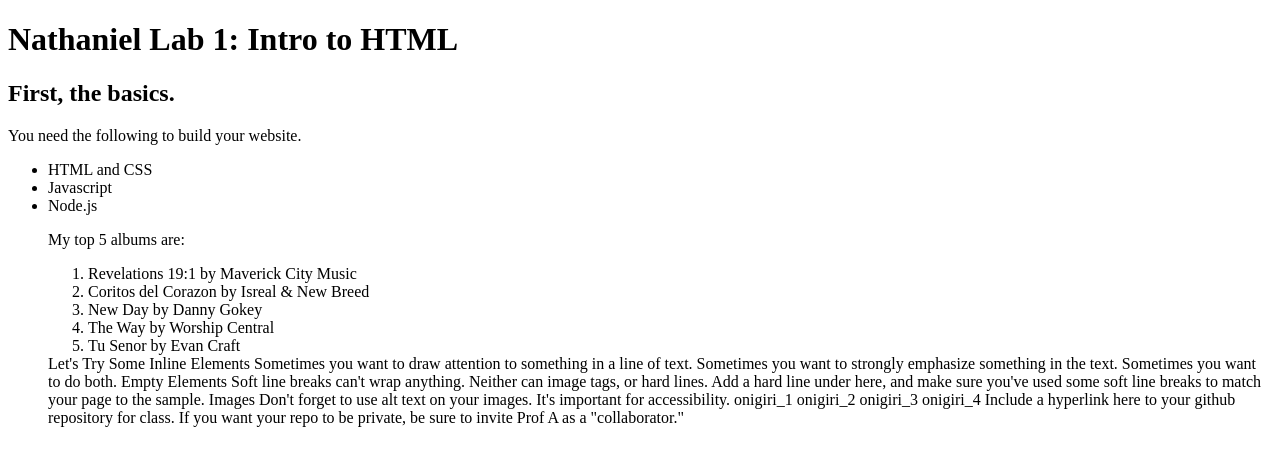
Repository: vnath22/INST377-Lab-Work
Page: client/lab_1/index.html
An editor plug-in stored every save of this project. The page is shown before and after the next save, followed by the edit.
The browser window is 1280 px wide. The pictures show the whole page.

Above is the page before, as saved 2022-01-28 00:46:09.

### client/lab_1/index.html
<!DOCTYPE html>
<html lang="en">
<head>
    <meta charset="UTF-8">
    <meta http-equiv="X-UA-Compatible" content="IE=edge">
    <meta name="viewport" content="width=device-width, initial-scale=1.0">
    <title>Victoria's lab 1</title>
</head>
<body>
    <h1>Nathaniel Lab 1: Intro to HTML</h1>

    <h2>First, the basics.</h2>

    <p>You need the following to build your website.</p>

    <ul>
        <li>HTML and CSS</li>
        <li>Javascript</li>
        <li>Node.js</li>
    </ol>

    <p>My top 5 albums are: </p>

    <ol>

        <li> Revelations 19:1 by Maverick City Music</li>
        <li>Coritos del Corazon by Isreal & New Breed</li>
        <li>New Day by Danny Gokey</li>
        <li>The Way by Worship Central</li>
        <li>Tu Senor by Evan Craft</li>
    </ol>

Let's Try Some Inline Elements

Sometimes you want to draw attention to something in a line of text.

Sometimes you want to strongly emphasize something in the text.

Sometimes you want to do both.

Empty Elements

Soft line breaks can't wrap anything. Neither can image tags, or hard lines.
Add a hard line under here, and make sure you've used some soft line breaks to match your page to the sample.

Images
Don't forget to use alt text on your images. It's important for accessibility.

onigiri_1
onigiri_2
onigiri_3
onigiri_4


Include a hyperlink here to your github repository for class.
If you want your repo to be private, be sure to invite Prof A as a "collaborator."
</body>
</html>

After the next save:
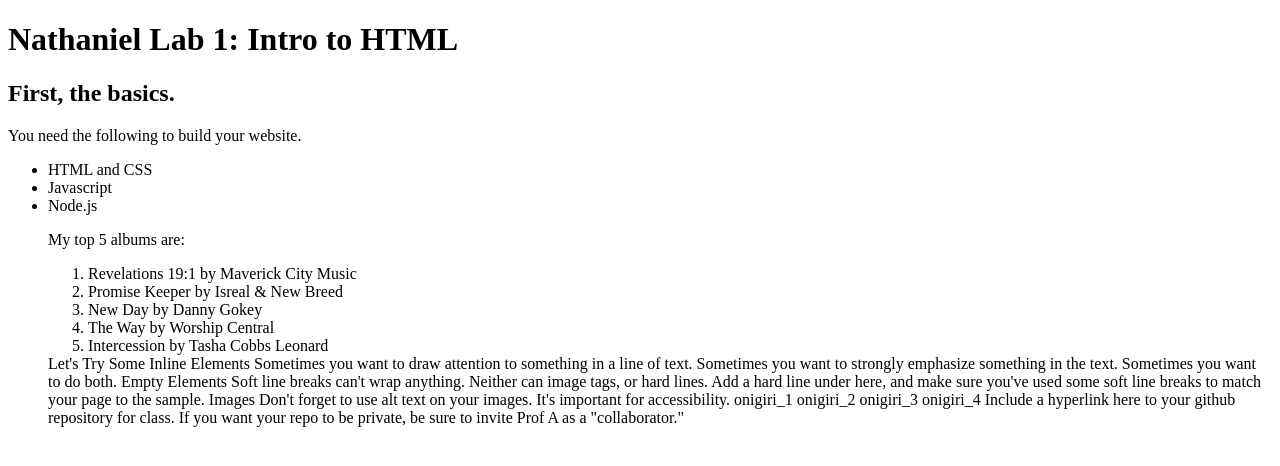
Saved 6 min 38 s later.
--- a/client/lab_1/index.html
+++ b/client/lab_1/index.html
@@ -23,11 +23,11 @@
 
     <ol>
 
-        <li> Revelations 19:1 by Maverick City Music</li>
-        <li>Coritos del Corazon by Isreal & New Breed</li>
+        <li>Revelations 19:1 by Maverick City Music</li>
+        <li>Promise Keeper by Isreal & New Breed</li>
         <li>New Day by Danny Gokey</li>
         <li>The Way by Worship Central</li>
-        <li>Tu Senor by Evan Craft</li>
+        <li>Intercession by Tasha Cobbs Leonard</li>
     </ol>
 
 Let's Try Some Inline Elements
